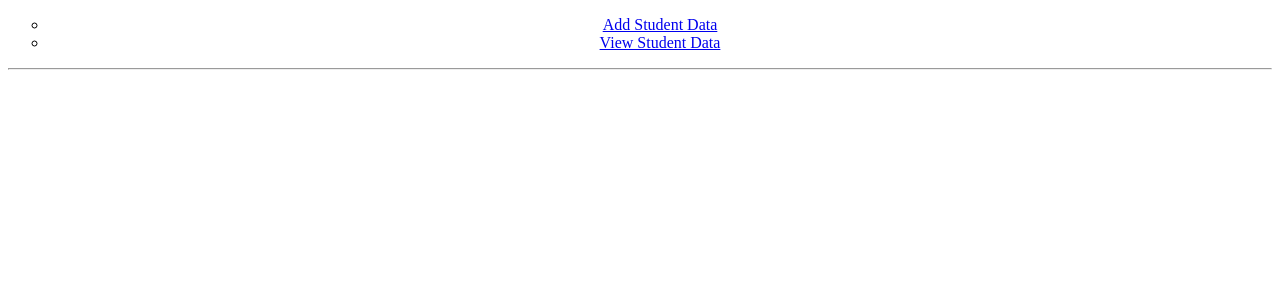
Repository: KrishMoradiya/Aixtor-Training-Projects-Backup
Page: http://localhost/Students/StudentData.jsp
An editor plug-in stored every save of this project. The page is shown before and after the next save, followed by the edit.
The browser window is 1280 px wide. The pictures show the whole page.
The page is served by Tomcat 10. Queries for data that is not in the repository find no rows.

Above is the page before, as saved 2023-12-20 16:57:11.

After the next save:
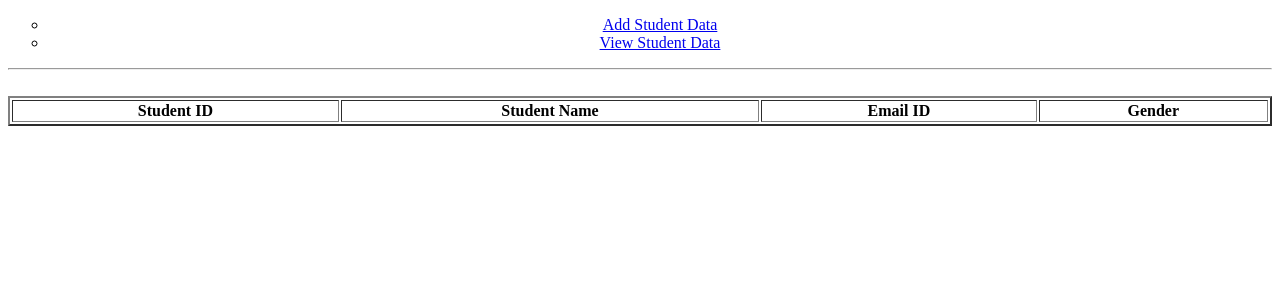
Saved 81 s later.
--- a/Workspace - Eclipse Enterprise Edition/Students/src/main/webapp/StudentData.jsp
+++ b/Workspace - Eclipse Enterprise Edition/Students/src/main/webapp/StudentData.jsp
@@ -15,6 +15,22 @@
 	<center>
 		<sql:setDataSource var="db" driver="com.mysql.jdbc.Driver" url="jdbc:mysql://localhost/student" user="root"  password="root"/>
 		<sql:query dataSource="${db}" var="rs">SELECT * from studentdata;</sql:query>
+		<table border="2" width="100%">
+		<tr>
+			<th>Student ID</th>
+			<th>Student Name</th>
+			<th>Email ID</th>
+			<th>Gender</th>
+		</tr>
+			<c:forEach var="table" items="${rs.rows}">
+				<tr>
+					<td><c:out value="${table.id}"/></td>
+					<td><c:out value="${table.First_Name}"/></td>
+					<td><c:out value="${table.Last_Name}"/></td>
+					<td><c:out value="${table.Age}"/></td>
+				</tr>
+			</c:forEach>
+		</table>
 	</center>
 </body>
 </html>
